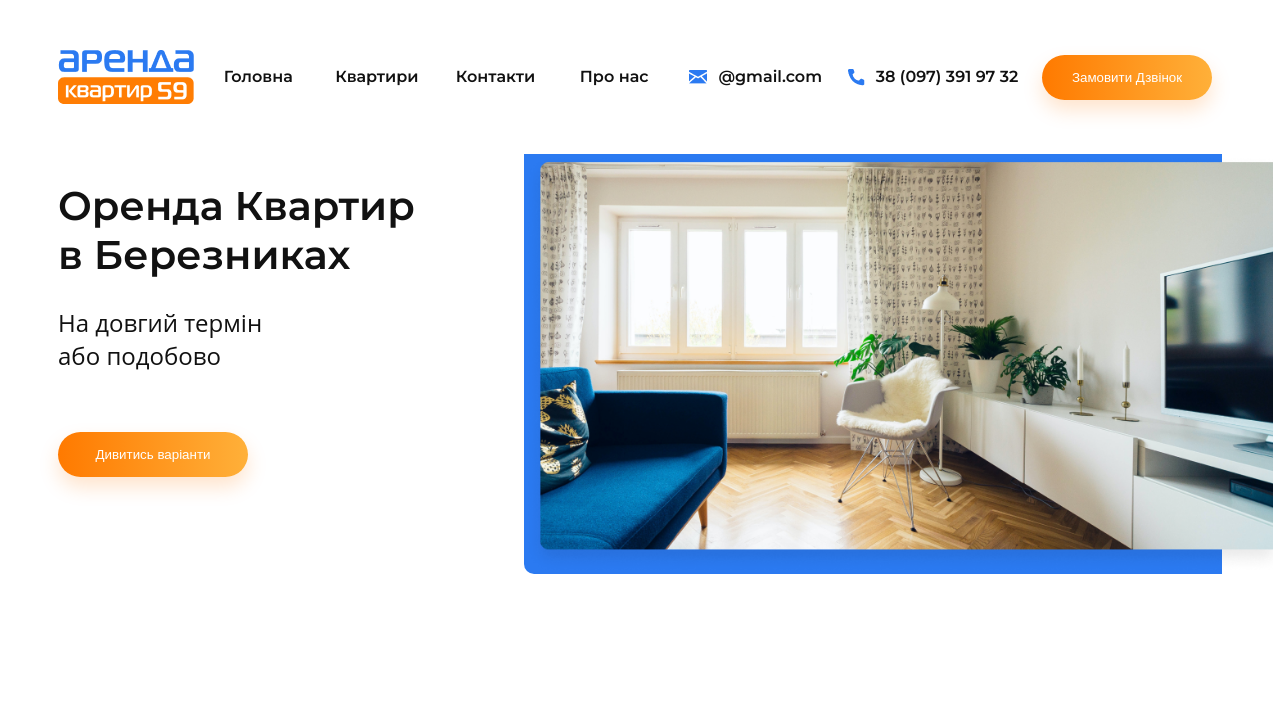
Repository: batonAnton/HW-7-grid
Page: index.html
An editor plug-in stored every save of this project. The page is shown before and after the next save, followed by the edit.
The browser window is 1280 px wide. The page is 1282 px wide, so the pictures cover 1282 px, including what lies to the right of the window. The pictures show the whole page.

Above is the page before, as saved 2022-06-25 17:30:49.

After the next save:
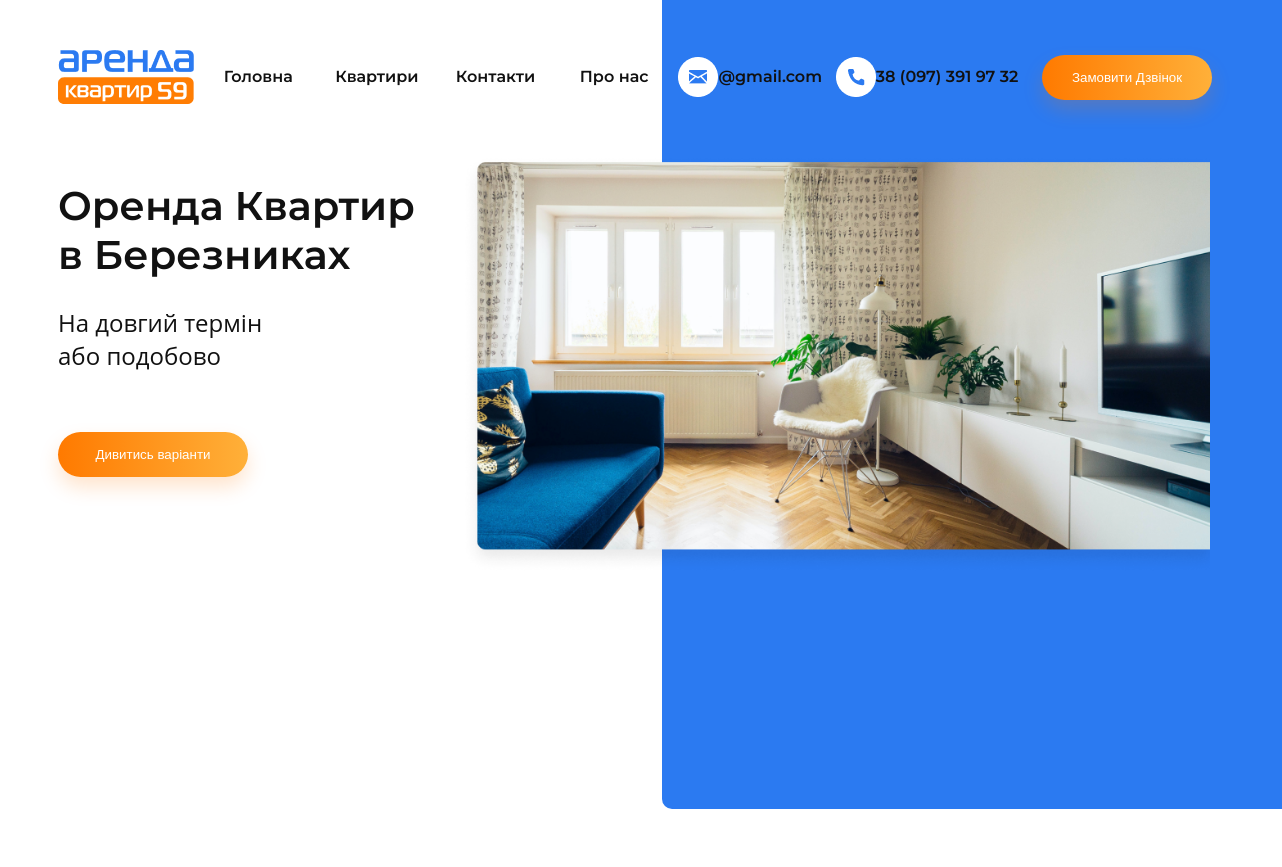
Saved 3 min 54 s later.
--- a/css/styles2.css
+++ b/css/styles2.css
@@ -1,5 +1,5 @@
-*{
-    box-sizing: border-box;
+* {
+  box-sizing: border-box;
 }
 
 .allstyles {
@@ -11,6 +11,7 @@ header {
   gap: 10px;
   grid-template-columns: repeat(8, 1fr);
   grid-template-rows: 1fr;
+  z-index: 1;
 }
 
 .wrapper {
@@ -72,6 +73,7 @@ header {
   display: grid;
   grid-template-columns: repeat(5, 1fr);
   grid-template-rows: repeat(5, 1fr);
+  z-index: 0;
 }
 
 .wrapper2 .info {
@@ -118,15 +120,19 @@ header {
   border: none;
 }
 
-.wrapper3{
-    display: grid;
-    grid-template-columns: repeat(5,1fr);
-    grid-template-rows: repeat(5,1fr);
+.wrapper3 {
+  display: grid;
+  grid-template-columns: repeat(5, 1fr);
+  grid-template-rows: repeat(5, 1fr);
 }
 
-.blueblock{
-    grid-column: 3/6;
-  grid-row: 1/6;
-  background: #2B7AF1;
-border-radius: 0px 0px 0px 10px;
+.blueblock {
+    grid-column: 4/6;
+    grid-row: 1/6;
+    background: #2b7af1;
+    border-radius: 0px 0px 0px 10px;
+    margin-top: -155px;
+    margin-right: -60px;
+    width: 620px;
+    height: 810px;
 }
